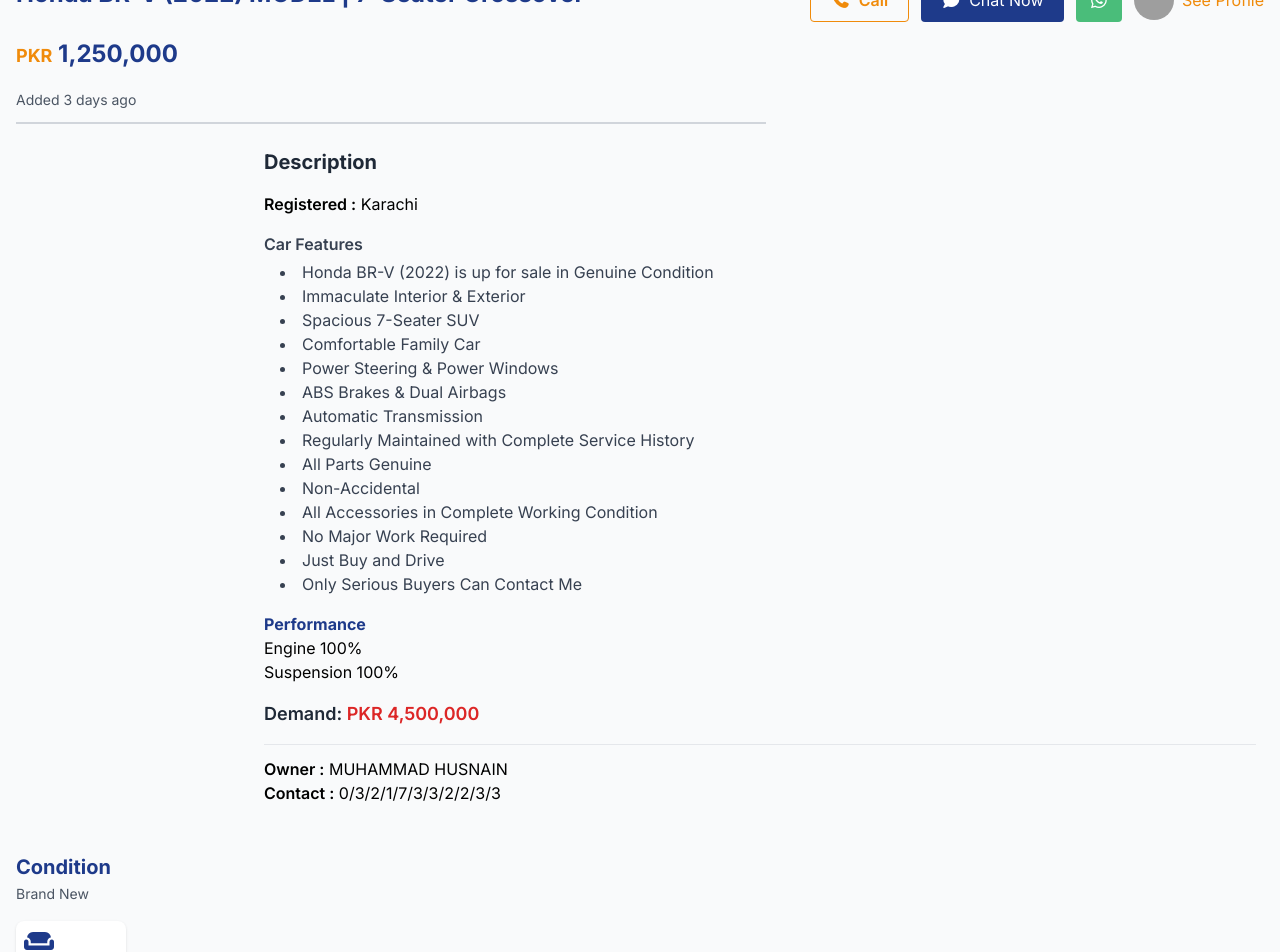
Repository: ARFA-SAEED/miljayega
Page: src/motorsPage/bikes_1.html
An editor plug-in stored every save of this project. The page is shown before and after the next save, followed by the edit.
The browser window is 1280 px wide. The pictures show the part of the page from y = 679 to 1631 px (the page is 2666 px tall).
Pictures or frames that could not be fetched are drawn as grey boxes. A picture or video elsewhere on the page could not be fetched, so the positions and the page height are approximate. Some web fonts or font styles are not loaded; a fallback is used. Some web libraries are served in a nearby version.

Above is the page before, as saved 2025-08-25 13:26:24.

After the next save:
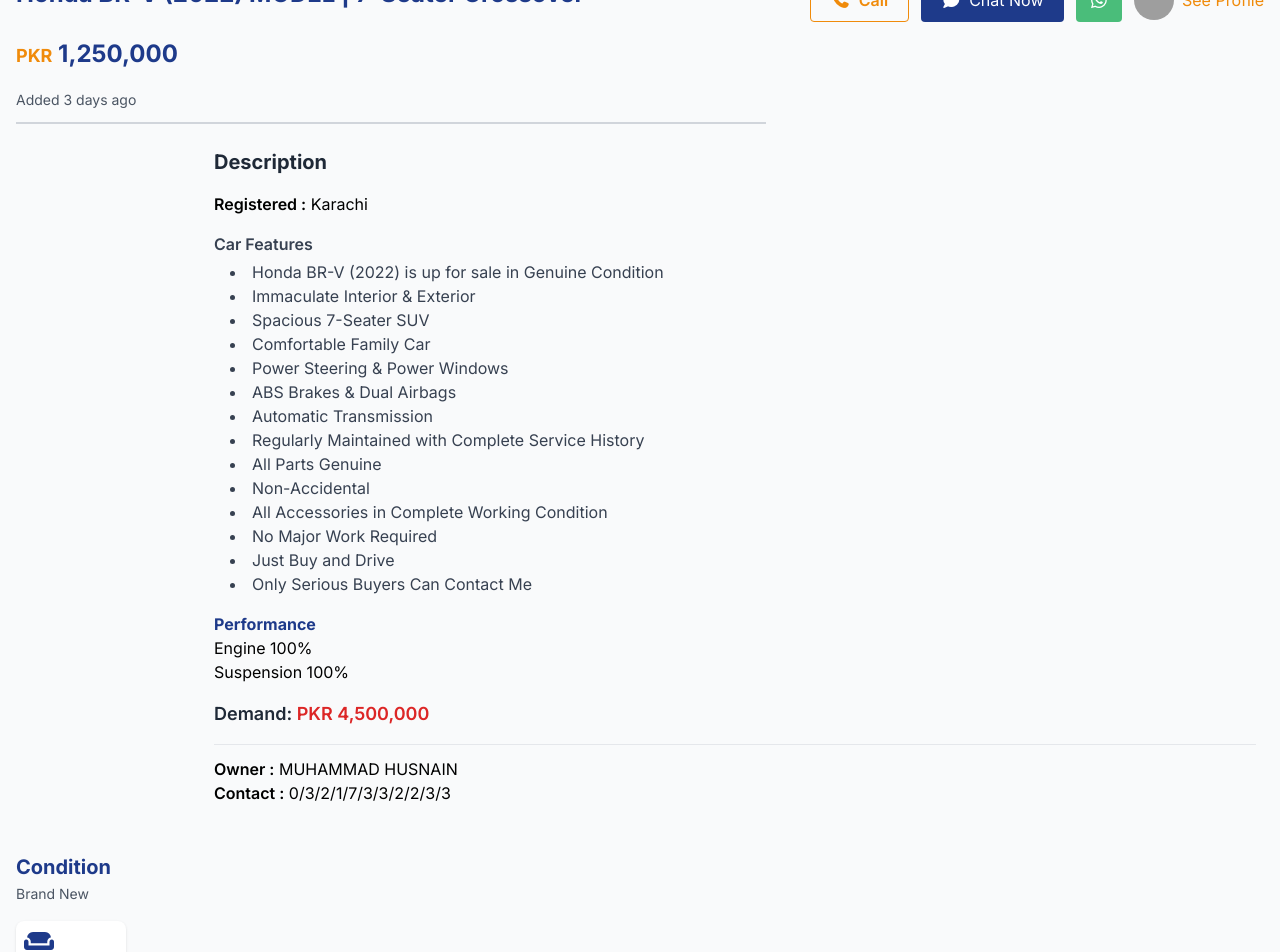
Saved 7 s later.
--- a/src/motorsPage/bikes_1.html
+++ b/src/motorsPage/bikes_1.html
@@ -146,7 +146,7 @@
         <p class="text-gray-600 text-sm mt-5 pb-3 border-b border-gray-300 border-b-2 w-[750px]">Added 3 days ago</p>
     </div>
 
-    <div class=" p-6 ms-[240px] space-y-4">
+    <div class=" p-6 ms-[190px] space-y-4">
         <h3 class="text-xl font-bold text-gray-800">Description</h3>
 
         <p><span class="font-semibold">Registered :</span> Karachi</p>
